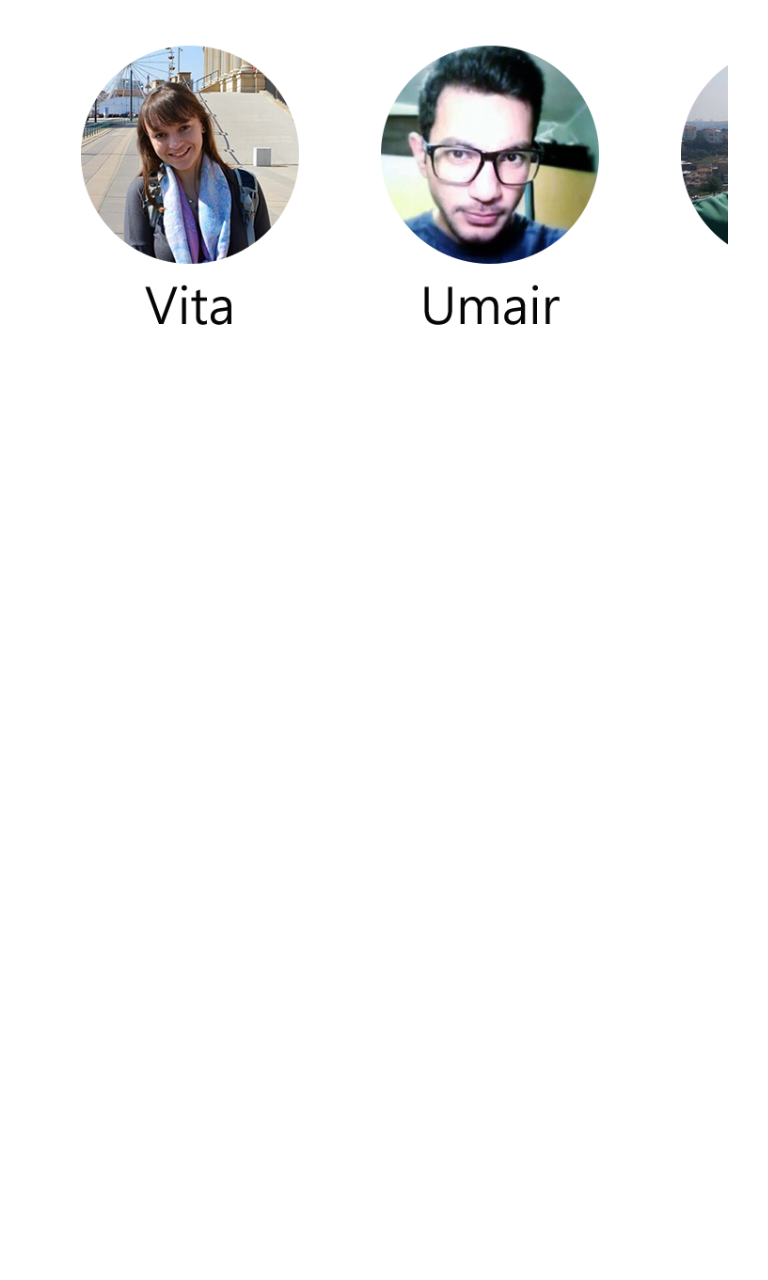
Repository: vitaabb/learnmixer
Layout: LearnMixer 4.05.2015/LearnMixer/res/layout/activity_share_list.xml
An editor plug-in stored every save of this project. The layout is shown before and after the next save, followed by the edit.
It is drawn on a 768 x 1280 px phone screen (xhdpi) without system bars, with theme AppTheme; the app's code is not run.

Above is the layout before, as saved 2015-05-06 18:18:55.

After the next save:
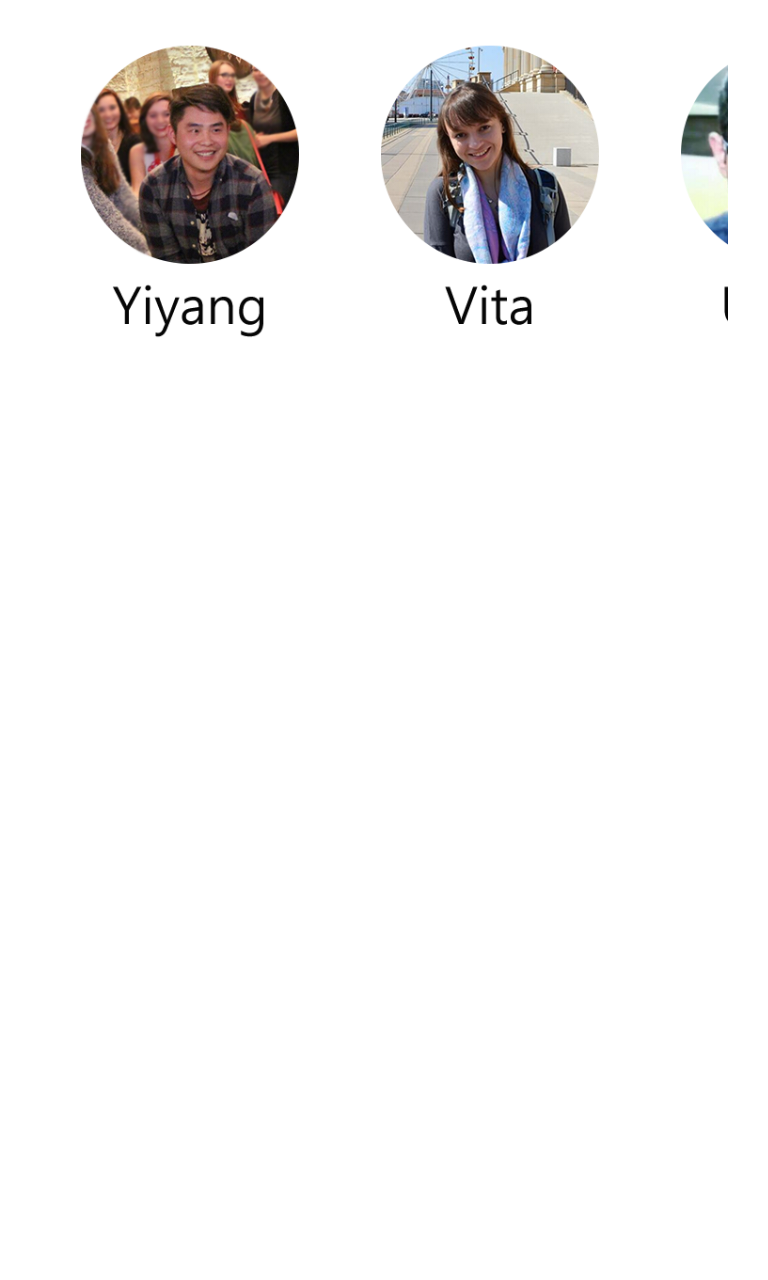
Saved 14 min 50 s later.
--- a/LearnMixer 4.05.2015/LearnMixer/res/layout/activity_share_list.xml
+++ b/LearnMixer 4.05.2015/LearnMixer/res/layout/activity_share_list.xml
@@ -17,6 +17,13 @@
             android:layout_height="wrap_content"
             android:layout_margin="20dp"
             android:orientation="horizontal" >
+
+            <ImageView
+                android:id="@+id/ImageView01"
+                android:layout_width="150dp"
+                android:layout_height="150dp"
+                android:onClick="share"
+                android:src="@drawable/usr4" />
 
             <ImageView
                 android:id="@+id/fimg_13"
